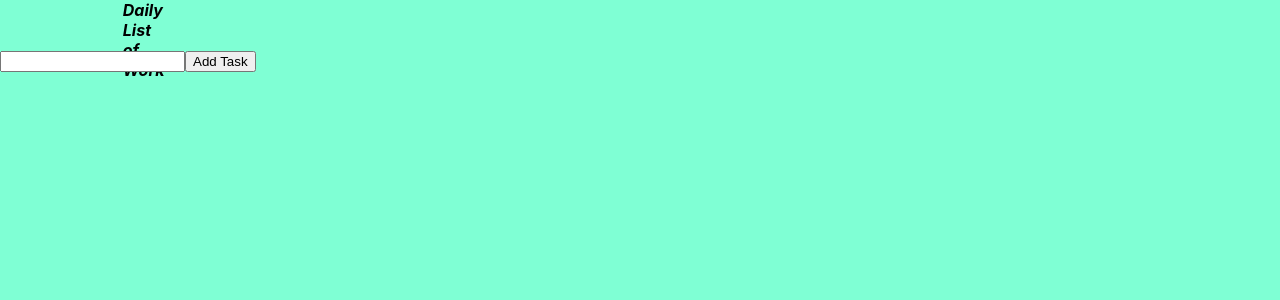
Repository: iamjayenmthakuri/todolist
Page: /
The author's editor kept a copy of each file at every save. The page is drawn from the files as they stood at one save, then again after the next save.
The browser window is 1280 px wide. The pictures show the whole page.
The project was rebuilt for these pictures with package versions that can differ from the ones it lists, and the page was loaded fresh each time.

Above is the page before, as saved 2022-09-19 10:20:50.

After the next save:
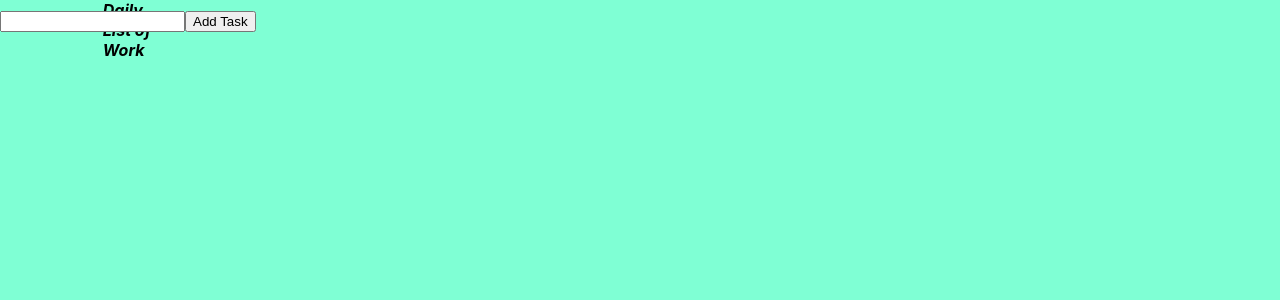
Saved 9 s later.
--- a/src/App.css
+++ b/src/App.css
@@ -5,8 +5,8 @@ body{
   position: absolute;
 }
 .title{
-  height:50px;
-  width: 10px;
+  height:10px;
+  width: 50px;
   font-size: medium;
   font-weight: bold;
   font-style: italic;
